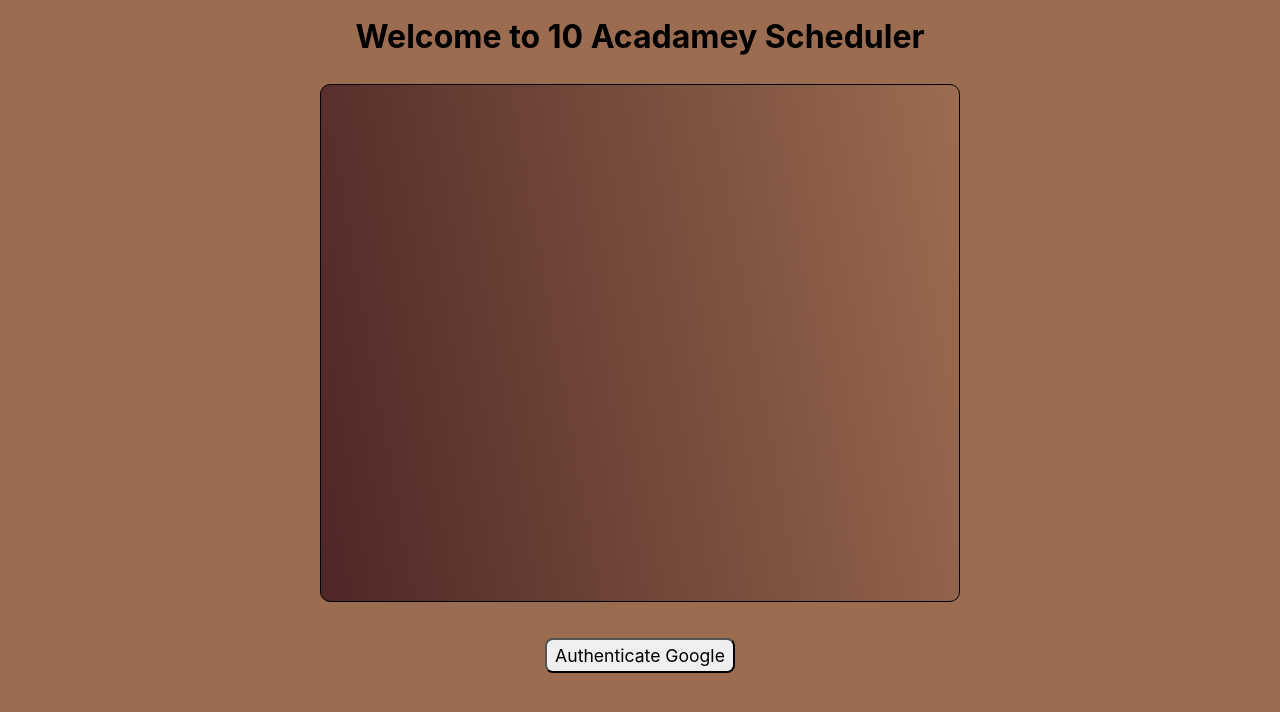
Repository: nebilarega/calendar-extractor
Page: / (app in frontend/)
These files come from the project's save history. The page is drawn as it stood at one moment and after the next save; the edit follows.
The browser window is 1280 px wide. The pictures show the whole page.
The project was rebuilt for these pictures with package versions that can differ from the ones it lists, and the page was loaded fresh each time.

Above is the page before, as saved 2022-08-24 23:37:06.

### frontend/src/App.js
import "./App.css";
import { GoogleOAuthProvider } from "@react-oauth/google";
import { GoogleLogin } from "@react-oauth/google";
import { useState } from "react";
import axios from "axios";

import LandingPage from "./component/LandingPage";

const sampleData = {
  submmary: "Nebil this is a new event",
  description: "A chance to hear more about Google's developer products.",
  location: "800 Howard St., San Francisco, CA 94103",
  start: "August 23, 2022 8:00 AM UTC",
  end: "August 23, 2022 9:00 AM UTC",
  hangoutLink: "meet.google.com/ysb-kjdn-hpp",
};
const App = () => {
  let url;
  const [disabled, setDisabled] = useState(false);
  const responseGoogle = (response) => {
    const code = response;
    axios
      .post("/api/create-tokens", code)
      .then((response) => {
        console.log("response", response.data);
      })
      .catch((error) => {
        console.log(error);
      });
  };
  const responseError = (response) => {
    console.log(response);
  };
  const getUrl = () => {
    axios.get("/api/create-token-v2").then((response) => {
      url = response.data.url;
      if (url) {
        setDisabled(true);
      }
      window.open(url, "_blank");
    });
  };
  const handleClick = () => {
    axios.post("/api/create-events", sampleData).then((response) => {
      console.log("response", response.data);
    });
  };
  return (
    <div className="App" style={{ height: "100vh" }}>
      <LandingPage
        disabled={disabled}
        getUrl={getUrl}
        handleClick={handleClick}
      ></LandingPage>
    </div>
  );
};

export default App;

### frontend/src/App.css
.App {
  text-align: center;
}

.App-logo {
  height: 40vmin;
  pointer-events: none;
}

@media (prefers-reduced-motion: no-preference) {
  .App-logo {
    animation: App-logo-spin infinite 20s linear;
  }
}

.App-header {
  background-color: #282c34;
  min-height: 100vh;
  display: flex;
  flex-direction: column;
  align-items: center;
  justify-content: center;
  font-size: calc(10px + 2vmin);
  color: white;
}

.App-link {
  color: #61dafb;
}

@keyframes App-logo-spin {
  from {
    transform: rotate(0deg);
  }
  to {
    transform: rotate(360deg);
  }
}
.center {
  display: flex;
  justify-content: center;
  align-items: center;
}
.academy {
  width: 100%;
  height: 50vh;
  border-radius: 10px;
  display: flex;
  flex-direction: column;
  justify-content: space-between;
  align-items: center;
  /* margin-left: 10%; */
  /* margin-right: 10%; */
}
.academy-calendar {
  margin-top: 20%;
  font-size: 30px;
}

### frontend/src/component/LandingPage.js
import "../css/landing.css";

const LandingPage = ({ disabled, handleClick, getUrl }) => {
  return (
    <div className="main">
      <header className="header">
        <span className="title"> Welcome to 10 Acadamey Scheduler</span>
      </header>
      <main className="body">
        <div className="card"></div>
        <div className="footer">
          {!disabled ? (
            <div>
              <button className="google__api" onClick={getUrl}>
                Authenticate Google
              </button>
            </div>
          ) : (
            <div>
              <button className="post__event" onClick={handleClick}>
                Post Event
              </button>
            </div>
          )}
        </div>
      </main>
    </div>
  );
};

export default LandingPage;

### frontend/src/css/landing.css
/* Box sizing rules */
*,
*::before,
*::after {
  box-sizing: border-box;
}

/* Remove default margin */
body,
h1,
h2,
h3,
h4,
p,
figure,
blockquote,
dl,
dd {
  margin: 0;
}

/* Remove list styles on ul, ol elements with a list role, which suggests default styling will be removed */
ul[role="list"],
ol[role="list"] {
  list-style: none;
}

/* Set core root defaults */
html:focus-within {
  scroll-behavior: smooth;
}

/* A elements that don't have a class get default styles */
a:not([class]) {
  text-decoration-skip-ink: auto;
}

/* Make images easier to work with */
img,
picture {
  max-width: 100%;
  display: block;
}

/* Inherit fonts for inputs and buttons */
input,
button,
textarea,
select {
  font: inherit;
}

/* The remaining page */
.main {
  width: 100%;
  height: 100%;
  background-color: #9b6c50;
}
.header {
  width: 100%;
  height: 10vh;
  background-image: linear-gradient();
  background-color: "cyan";
  display: flex;
  justify-content: center;
  align-items: center;
}
.title {
  font-size: 2rem;
  font-weight: bold;
  color: "yellow";
}
.body {
  width: 100%;
  height: 90vh;
  background-color: "gray";
  display: flex;
  flex-direction: column;
  justify-content: center;
  align-items: center;
}
.card {
  width: 50%;
  height: 80%;
  border: 1px solid black;
  display: flex;
  border: 1px solid black;
  border-radius: 10px;
  justify-content: center;
  align-items: center;
  background-image: linear-gradient(260deg, #9b6c50 0%, #4f2626 100%);
}
button {
  margin: 2.2rem;
  height: 2.2rem;
  padding-left: 0.5rem;
  padding-right: 0.5rem;
  font-size: 1.1rem;
  border-radius: 0.5rem;
  outline: none;
}
button:focus {
  outline: none;
}

Loaded but not shown: frontend/public/index.html (common file); frontend/src/index.js (common file); frontend/src/index.css (common file)

After the next save:
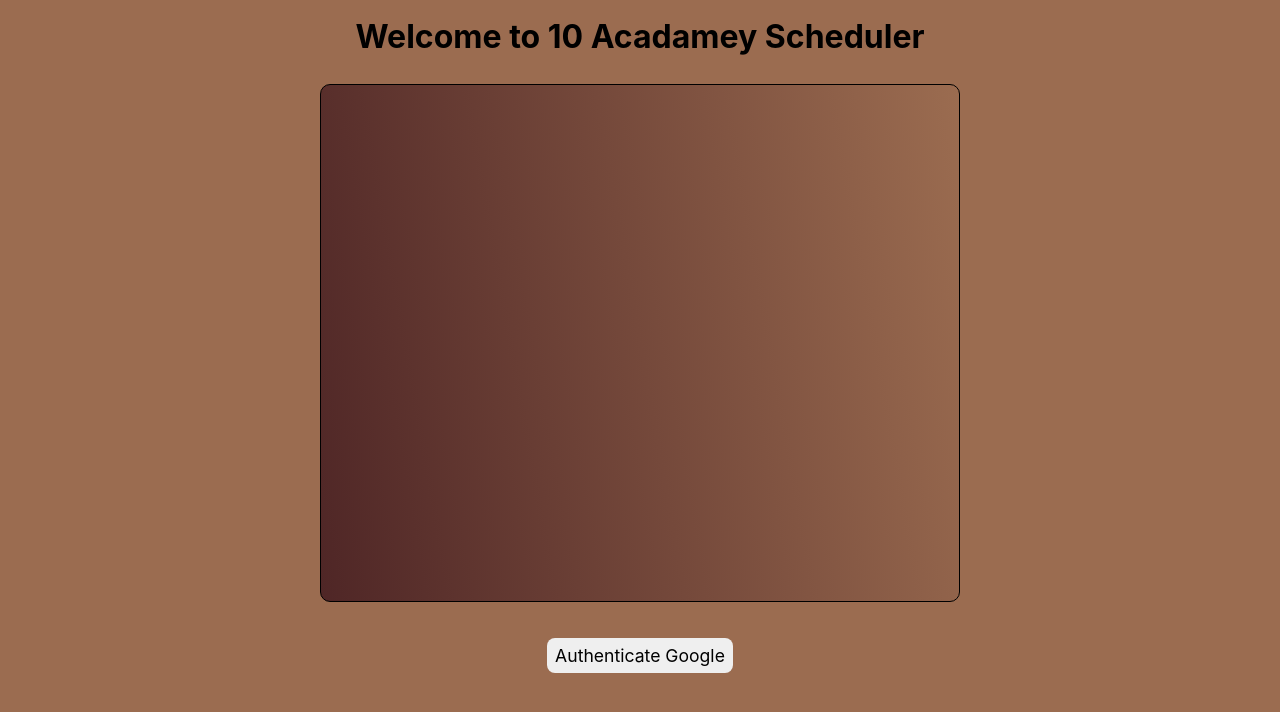
Saved 77 s later.
--- a/frontend/src/css/landing.css
+++ b/frontend/src/css/landing.css
@@ -97,7 +97,7 @@
   padding-right: 0.5rem;
   font-size: 1.1rem;
   border-radius: 0.5rem;
-  outline: none;
+  border: none;
 }
 button:focus {
   outline: none;
